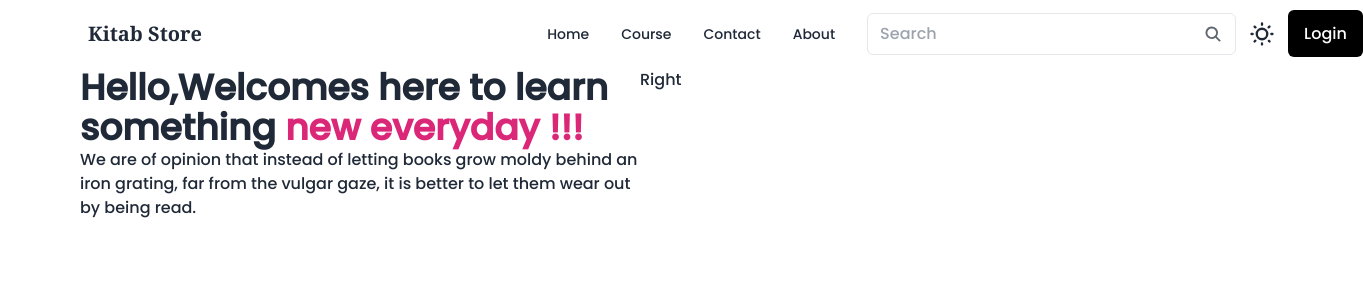
Repository: diensy/Kitab.com
Page: / (app in Frontend/)
The author's editor kept a copy of each file at every save. The page is drawn from the files as they stood at one save, then again after the next save.
The browser window is 1280 px wide. The page is 1363 px wide, so the pictures cover 1363 px, including what lies to the right of the window. The pictures show the whole page.
The project was rebuilt for these pictures with package versions that can differ from the ones it lists, and the page was loaded fresh each time. Also part of the build but not shown: Frontend/vite.config.js.

Above is the page before, as saved 2024-07-28 23:25:04.

### Frontend/src/App.jsx
import React from 'react'
import Navbar from './Components/Navbar'
import Banners from './Components/Banner'
const App = () => {
  return (
    <>
    <Navbar/>
    <Banners/>
    </>
  )
}

export default App

### Frontend/src/index.css
@import url("https://fonts.googleapis.com/css2?family=Fredoka:wght@300..700&family=Montserrat:ital,wght@0,100..900;1,100..900&family=Poppins:wght@500&display=swap");
@tailwind base;
@tailwind components;
@tailwind utilities;

body {
  font-family: "Poppins", sans-serif;
}

### Frontend/src/Components/Navbar.jsx
import React from "react";

const Navbar = () => {
  const navItems = (
    <>
      <li>
        <a>Home</a>
      </li>
      <li>
        <a>Course</a>
      </li>
      <li>
        <a>Contact</a>
      </li>
      <li>
        <a>About</a>
      </li>
    </>
  );
  return (
    <>
      <div className="max-w-screen-2xl container mx-auto md:px-20 px-4">
        <div className="navbar bg-base-100">
          <div className="navbar-start">
            <div className="dropdown">
              <div
                tabIndex={0}
                role="button"
                className="btn btn-ghost lg:hidden"
              >
                <svg
                  xmlns="http://www.w3.org/2000/svg"
                  className="h-5 w-5"
                  fill="none"
                  viewBox="0 0 24 24"
                  stroke="currentColor"
                >
                  <path
                    strokeLinecap="round"
                    strokeLinejoin="round"
                    strokeWidth="2"
                    d="M4 6h16M4 12h8m-8 6h16"
                  />
                </svg>
              </div>
              <ul
                tabIndex={0}
                className="menu menu-sm dropdown-content bg-base-100 rounded-box z-[1] mt-3 w-52 p-2 shadow"
              >
                {navItems}
              </ul>
            </div>
            <a className="text-xl font-bold cursor-pointer font-serif">
              Kitab Store
            </a>
          </div>
          <div className="nav-end space-x-3">
            <div className="navbar-center hidden lg:flex ">
              <ul className="menu menu-horizontal px-1">{navItems}</ul>
            </div>
            <div className="hidden md:block">
              <label className="flex items-center gap-2 border outline-none px-3 py-2 rounded-md">
                <input type="text" className="grow" placeholder="Search" />
                <svg
                  xmlns="http://www.w3.org/2000/svg"
                  viewBox="0 0 16 16"
                  fill="currentColor"
                  className="h-5 w-5 opacity-70"
                >
                  <path
                    fillRule="evenodd"
                    d="M9.965 11.026a5 5 0 1 1 1.06-1.06l2.755 2.754a.75.75 0 1 1-1.06 1.06l-2.755-2.754ZM10.5 7a3.5 3.5 0 1 1-7 0 3.5 3.5 0 0 1 7 0Z"
                    clipRule="evenodd"
                  />
                </svg>
              </label>
            </div>
            <label className="swap swap-rotate">
              {/* this hidden checkbox controls the state */}
              <input
                type="checkbox"
                className="theme-controller"
                value="synthwave"
              />

              {/* sun icon */}
              <svg
                className="swap-off h-7 w-7 fill-current"
                xmlns="http://www.w3.org/2000/svg"
                viewBox="0 0 24 24"
              >
                <path d="M5.64,17l-.71.71a1,1,0,0,0,0,1.41,1,1,0,0,0,1.41,0l.71-.71A1,1,0,0,0,5.64,17ZM5,12a1,1,0,0,0-1-1H3a1,1,0,0,0,0,2H4A1,1,0,0,0,5,12Zm7-7a1,1,0,0,0,1-1V3a1,1,0,0,0-2,0V4A1,1,0,0,0,12,5ZM5.64,7.05a1,1,0,0,0,.7.29,1,1,0,0,0,.71-.29,1,1,0,0,0,0-1.41l-.71-.71A1,1,0,0,0,4.93,6.34Zm12,.29a1,1,0,0,0,.7-.29l.71-.71a1,1,0,1,0-1.41-1.41L17,5.64a1,1,0,0,0,0,1.41A1,1,0,0,0,17.66,7.34ZM21,11H20a1,1,0,0,0,0,2h1a1,1,0,0,0,0-2Zm-9,8a1,1,0,0,0-1,1v1a1,1,0,0,0,2,0V20A1,1,0,0,0,12,19ZM18.36,17A1,1,0,0,0,17,18.36l.71.71a1,1,0,0,0,1.41,0,1,1,0,0,0,0-1.41ZM12,6.5A5.5,5.5,0,1,0,17.5,12,5.51,5.51,0,0,0,12,6.5Zm0,9A3.5,3.5,0,1,1,15.5,12,3.5,3.5,0,0,1,12,15.5Z" />
              </svg>

              {/* moon icon */}
              <svg
                className="swap-on h-7 w-7 fill-current"
                xmlns="http://www.w3.org/2000/svg"
                viewBox="0 0 24 24"
              >
                <path d="M21.64,13a1,1,0,0,0-1.05-.14,8.05,8.05,0,0,1-3.37.73A8.15,8.15,0,0,1,9.08,5.49a8.59,8.59,0,0,1,.25-2A1,1,0,0,0,8,2.36,10.14,10.14,0,1,0,22,14.05,1,1,0,0,0,21.64,13Zm-9.5,6.69A8.14,8.14,0,0,1,7.08,5.22v.27A10.15,10.15,0,0,0,17.22,15.63a9.79,9.79,0,0,0,2.1-.22A8.11,8.11,0,0,1,12.14,19.73Z" />
              </svg>
            </label>
            <div className="">
              <a className="bg-black text-white px-4 py-3 rounded-md hover:bg-slate-800 duration-300 cursor-pointer">
                Login
              </a>
            </div>
          </div>
        </div>
      </div>
    </>
  );
};

export default Navbar;

### Frontend/src/Components/Banner.jsx
import React from "react";

const Banner = () => {
  return (
    <>
      <div className="max-w-screen-2xl container mx-auto md:px-20 px-4 flex flex-col md:flex-row">
        <div className="w-full md:w-1/2">
          <h1 className="text-4xl font-bold">
            Hello,Welcomes here to learn something
            <span className="text-pink-600 "> new everyday !!!</span>
          </h1>
          <p>
            We are of opinion that instead of letting books grow moldy behind an
            iron grating, far from the vulgar gaze, it is better to let them
            wear out by being read.
          </p>
        </div>
        <div className="w-full md:w-1/2">Right</div>
      </div>
    </>
  );
};

export default Banner;

Loaded but not shown: Frontend/index.html (common file); Frontend/src/main.jsx (common file); Frontend/tailwind.config.js (common file)

After the next save:
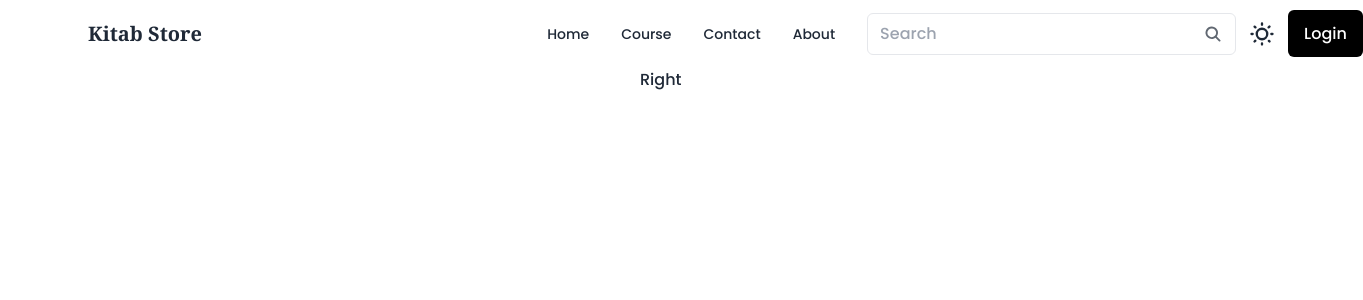
Saved 61 s later.
--- a/Frontend/src/Components/Banner.jsx
+++ b/Frontend/src/Components/Banner.jsx
@@ -5,15 +5,7 @@
     <>
       <div className="max-w-screen-2xl container mx-auto md:px-20 px-4 flex flex-col md:flex-row">
         <div className="w-full md:w-1/2">
-          <h1 className="text-4xl font-bold">
-            Hello,Welcomes here to learn something
-            <span className="text-pink-600 "> new everyday !!!</span>
-          </h1>
-          <p>
-            We are of opinion that instead of letting books grow moldy behind an
-            iron grating, far from the vulgar gaze, it is better to let them
-            wear out by being read.
-          </p>
+
         </div>
         <div className="w-full md:w-1/2">Right</div>
       </div>

After the 3 saves that followed:
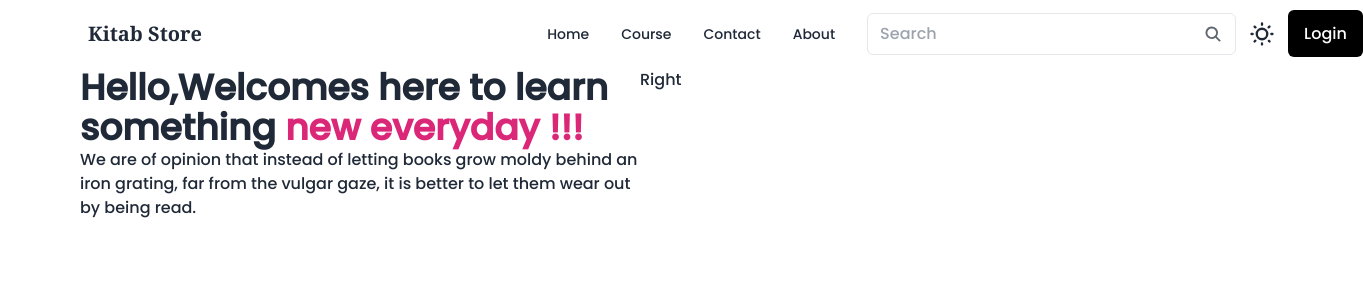
The 3 saves are shown as one change because they came seconds apart.
The last was saved 9 s later.
--- a/Frontend/src/Components/Banner.jsx
+++ b/Frontend/src/Components/Banner.jsx
@@ -5,7 +5,17 @@
     <>
       <div className="max-w-screen-2xl container mx-auto md:px-20 px-4 flex flex-col md:flex-row">
         <div className="w-full md:w-1/2">
-
+      <div>
+      <h1 className="text-4xl font-bold">
+            Hello,Welcomes here to learn something
+            <span className="text-pink-600 "> new everyday !!!</span>
+          </h1>
+          <p>
+            We are of opinion that instead of letting books grow moldy behind an
+            iron grating, far from the vulgar gaze, it is better to let them
+            wear out by being read.
+          </p>
+      </div>
         </div>
         <div className="w-full md:w-1/2">Right</div>
       </div>
